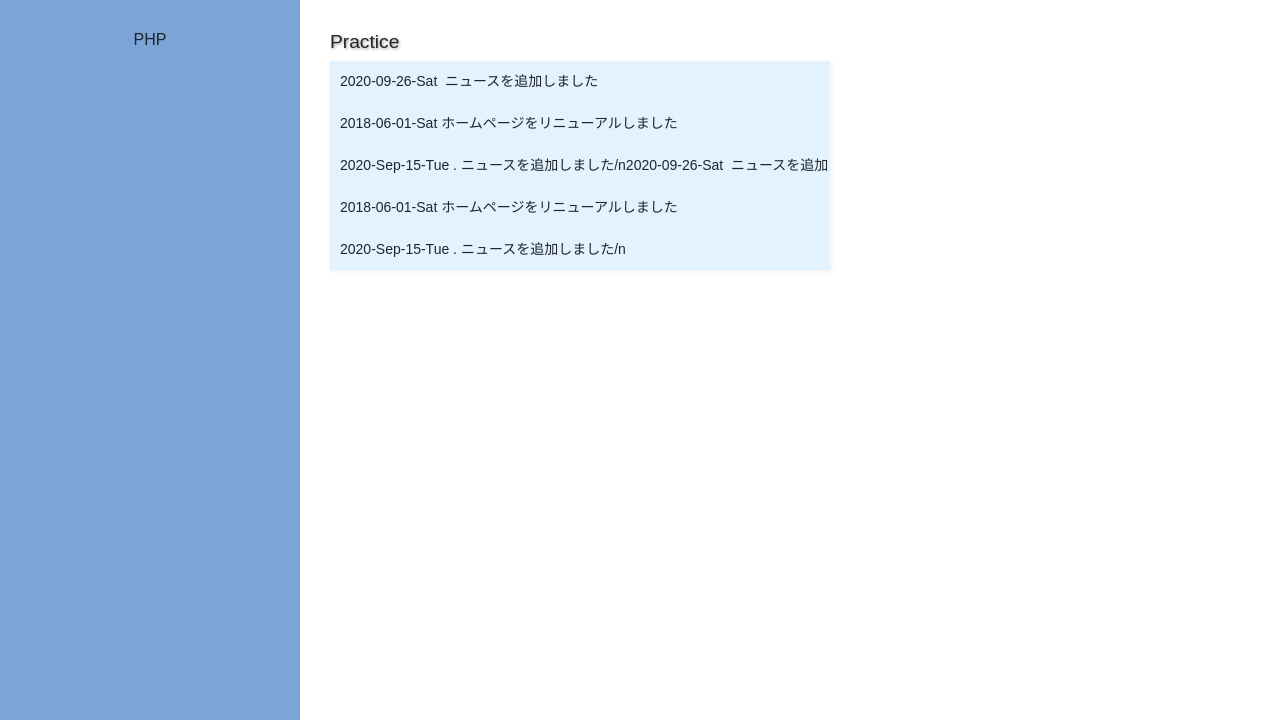
Repository: takeco/practice
Page: http://localhost/php/sample14.php
The author's editor kept a copy of each file at every save. The page is drawn from the files as they stood at one save, then again after the next save.
The browser window is 1280 px wide. The pictures show the whole page.
The page is run by PHP 8.4 with error messages shown; the project is at /var/www/html/.

Above is the page before, as saved 2020-09-26 09:32:08.

### php/sample14.php
<!doctype html>
<html lang="ja">
<head>
<!-- Required meta tags -->
<meta charset="utf-8">
<meta name="viewport" content="width=device-width, initial-scale=1, shrink-to-fit=no">

<!-- Bootstrap CSS -->
<link rel="stylesheet" href="css/style.css">

<title>PHP</title>
</head>
<body>
<header>
<h1 class="font-weight-normal">PHP</h1>
</header>

<main>
<h2>Practice</h2>
<pre>
<?php
$date = date('Y-M-d-D');
$news = file_get_contents('../news_data/news.txt');
$news .= "$date . ニュースを追加しました/n";
file_put_contents('../news_data/news.txt', $news);
readfile('../news_data/news.txt');
print($news);

// $s = $s . 'add';
// $s .= 'add';

?>
</pre>
</main>
</body>
</html>

### news_data/news.txt
2020-09-26-Sat  ニュースを追加しました

2018-06-01-Sat ホームページをリニューアルしました

### php/css/style.css
@import url(bootstrap.min.css);

body,
pre {
  font-family: "游ゴシック Medium", "游ゴシック体", "Yu Gothic Medium", YuGothic, sans-serif;
}
header {
  text-align: center;
  position: fixed;
  top: 0;
  left: 0;
  width: 300px;
  height: 100vh;
  background-color: #7CA4D7
}
header h1 {
  font-size: 100%;
  margin-top: 30px;
}
header h1 span {
  display: block;
}
main {
  margin-left: 300px;
  padding: 30px;
}
main h2 {
  font-size: 120%;
  text-shadow: 1px 1px 3px #999;
}
main h2 img {
  height: 1em;
}
pre {
  min-height: 100px;
  padding: 10px;
  background-color: #e3f2ff;
  box-shadow: 1px 1px 5px #eee;
  width: 500px;
}
hr {
  border-color: #7CA4D7;
}
.content {
  margin-top: 30px;
}
form {
  margin-top: 50px;
}
time {
  color: #999;
  font-size: 80%;
}
article {
  margin-top: 30px;
}

/* .row-indication{
  font-size: 30px;
  display: flex;
  flex-direction: row;
} */

Loaded but not shown: php/css/bootstrap.min.css (library)

After the next save:
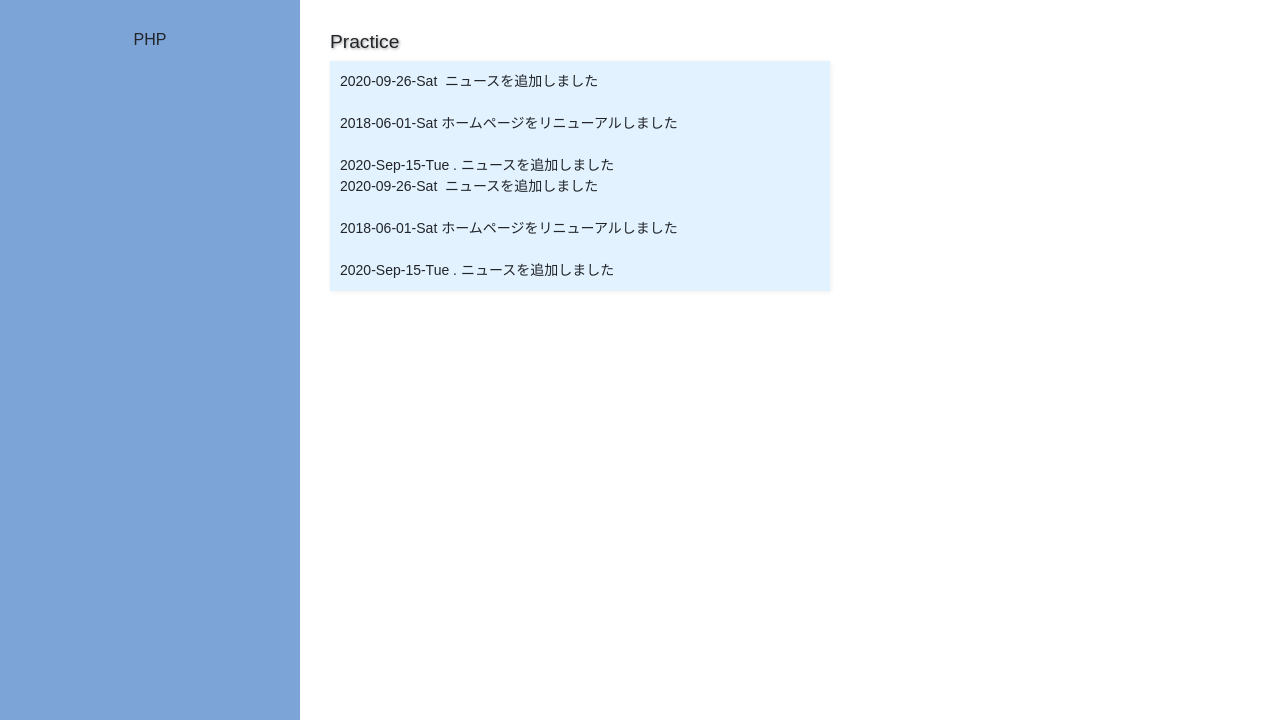
Saved 21 s later.
--- a/php/sample14.php
+++ b/php/sample14.php
@@ -21,7 +21,7 @@
 <?php
 $date = date('Y-M-d-D');
 $news = file_get_contents('../news_data/news.txt');
-$news .= "$date . ニュースを追加しました/n";
+$news .= "$date . ニュースを追加しました\n";
 file_put_contents('../news_data/news.txt', $news);
 readfile('../news_data/news.txt');
 print($news);
